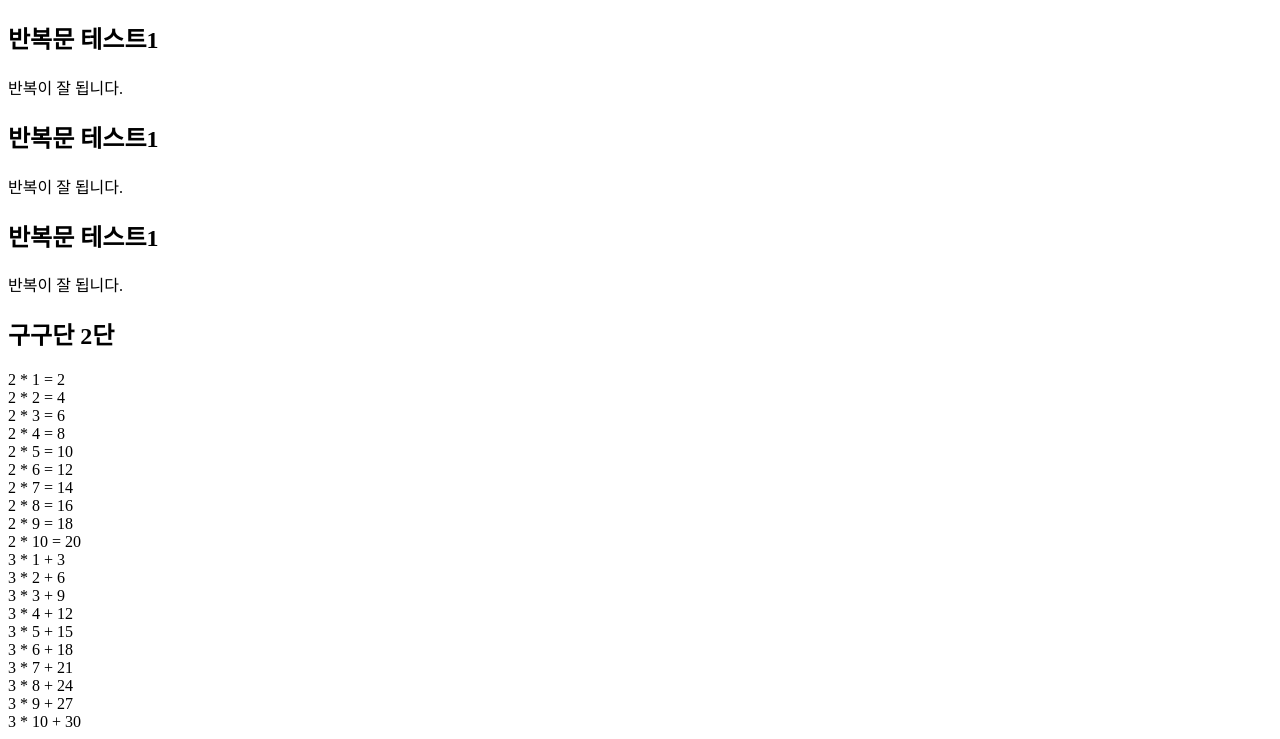
Repository: Kimhwawon/jsp_practice
Page: http://localhost/JSPBasic/JspTag/Scriptlet.jsp
These files come from the project's save history. The page is drawn as it stood at one moment and after the next save; the edit follows.
The browser window is 1280 px wide. The pictures show the whole page.
The page is served by Tomcat 9.

Above is the page before, as saved 2022-01-28 02:50:05.

### JSPBasic/src/main/webapp/JspTag/Scriptlet.jsp
<%@ page language="java" contentType="text/html; charset=UTF-8"
    pageEncoding="UTF-8"%>
<!DOCTYPE html>
<html>
<head>
<meta charset="UTF-8">
<title>Insert title here</title>
</head>
<body>
	<!-- 스크립트릿 내부에는 자바 코드를 작성할 수 있으며
	이 코드를 반영해 페이지가 구성됩니다.  -->
	<% for(int i = 0; i < 3; i++){ %>
		<h2>반복문 테스트1</h2>
		<p>
			반복이 잘 됩니다.
		</p>
	<% } %>

	<!-- 하단에 구구단 코드를 작성해주세요.
	System.out.prinln() 이 괄호 내 구문을 콘솔에 찍히게 해줬다면
	out.println()은 html화면에 괄호 내 구문을 콘솔에 찍히게 해줍니다.
	(javascript의 document.write()와 같은 역할 )-->
	<h2>구구단 2단</h2>
	<%
		for(int i = 1; i <= 10; i++){
		out.println("2 * " + i + " = " + (2*i) + "<br/>");
		}
	 %>
	 <!-- 2단 되신분들은 3단부터 나머지도 다 출력해주세요. -->
	 <%
	 	for(int i= 1; i <=10; i++){
	 		out.println("3 * " + i + " + " + (3*i) + "<br/>");
	 	}
	 %>
</body>
</html>

After the next save:
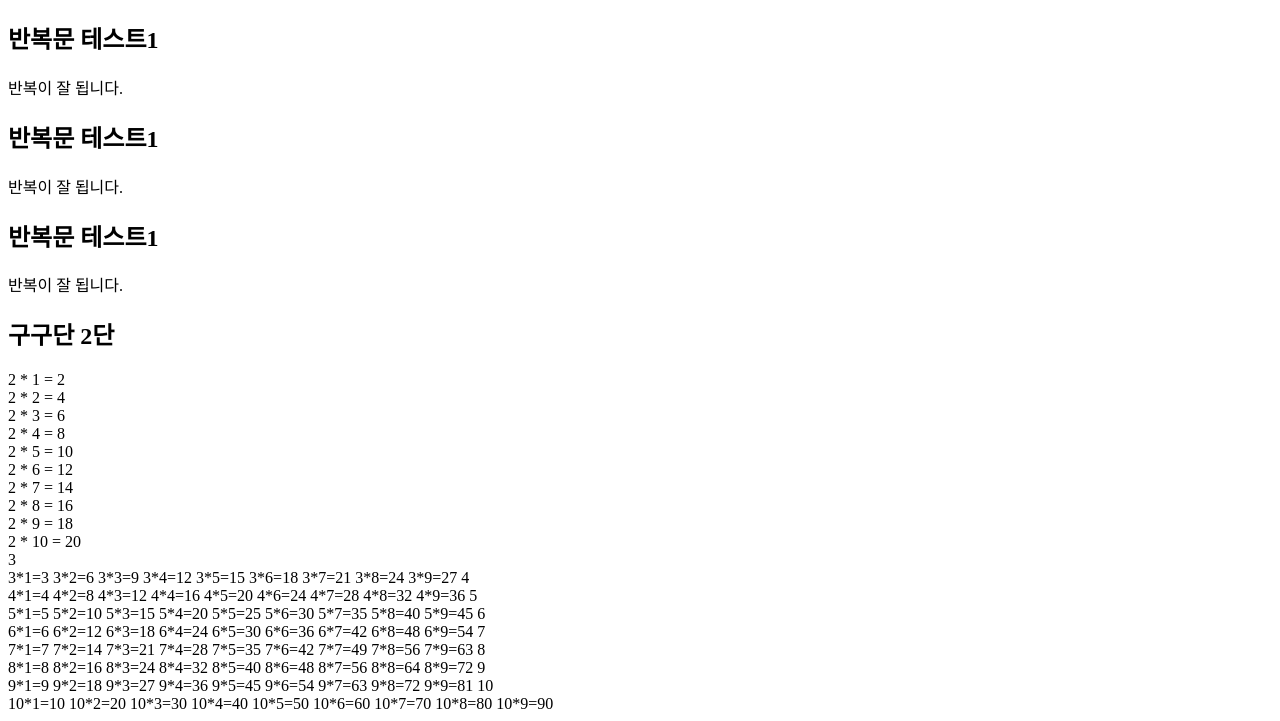
Saved 4 min 38 s later.
--- a/JSPBasic/src/main/webapp/JspTag/Scriptlet.jsp
+++ b/JSPBasic/src/main/webapp/JspTag/Scriptlet.jsp
@@ -28,8 +28,13 @@
 	 %>
 	 <!-- 2단 되신분들은 3단부터 나머지도 다 출력해주세요. -->
 	 <%
-	 	for(int i= 1; i <=10; i++){
-	 		out.println("3 * " + i + " + " + (3*i) + "<br/>");
+	 	for(int i= 3; i <=10; i++){
+	 		out.println(i + "<br/>");
+	 		for (int j = 1; j <=9; j++){
+	 			if(j>10){
+
+	 			}out.println(i + "*" + j + "=" + i * j);
+	 		}
 	 	}
 	 %>
 </body>
